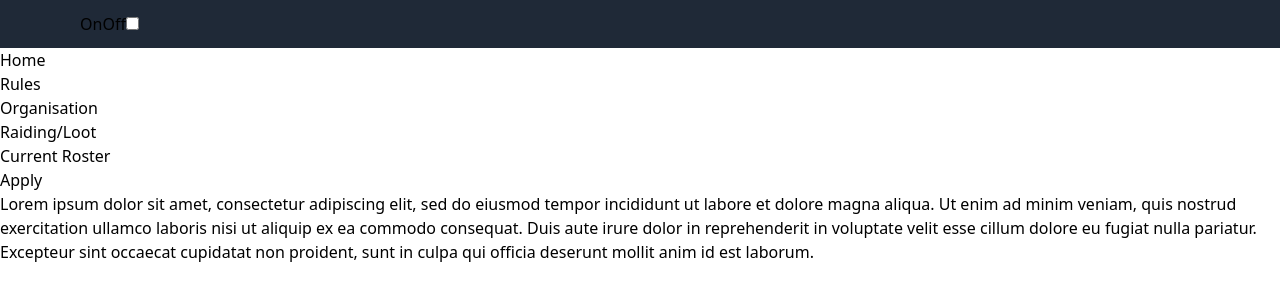
Repository: eaang/catguild_frontend
Page: /
The author's editor kept a copy of each file at every save. The page is drawn from the files as they stood at one save, then again after the next save.
The browser window is 1280 px wide. The pictures show the whole page.
The project was rebuilt for these pictures with package versions that can differ from the ones it lists, and the page was loaded fresh each time. The framework's server and built-in components were replaced by stand-ins that run in the browser. Also part of the build but not shown: nuxt.config.js, components/ContentBox.vue, components/ContentEditor.vue, components/ImageBox.vue, components/SidebarMain.vue, components/SidebarSub.vue, components/TheFoooter.vue, components/icons/ChevronDown.vue and 19 more. Imported but missing from the stored project, and not drawn on this page: apollo/queries/categories/category.

Above is the page before, as saved 2021-04-02 17:28:10.

After the next save:
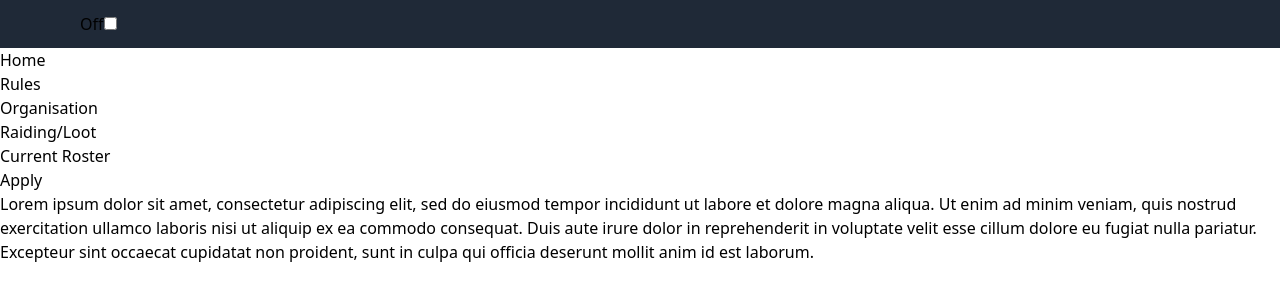
Saved 26 s later.
--- a/components/ToggleButton.vue
+++ b/components/ToggleButton.vue
@@ -1,7 +1,7 @@
 <template>
   <label for="toggle_button">
-    <span>On</span>
-    <span>Off</span>
+    <span v-if="currentState">On</span>
+    <span v-if="!currentState">Off</span>
 
     <input id="toggle_button" type="checkbox" />
   </label>
